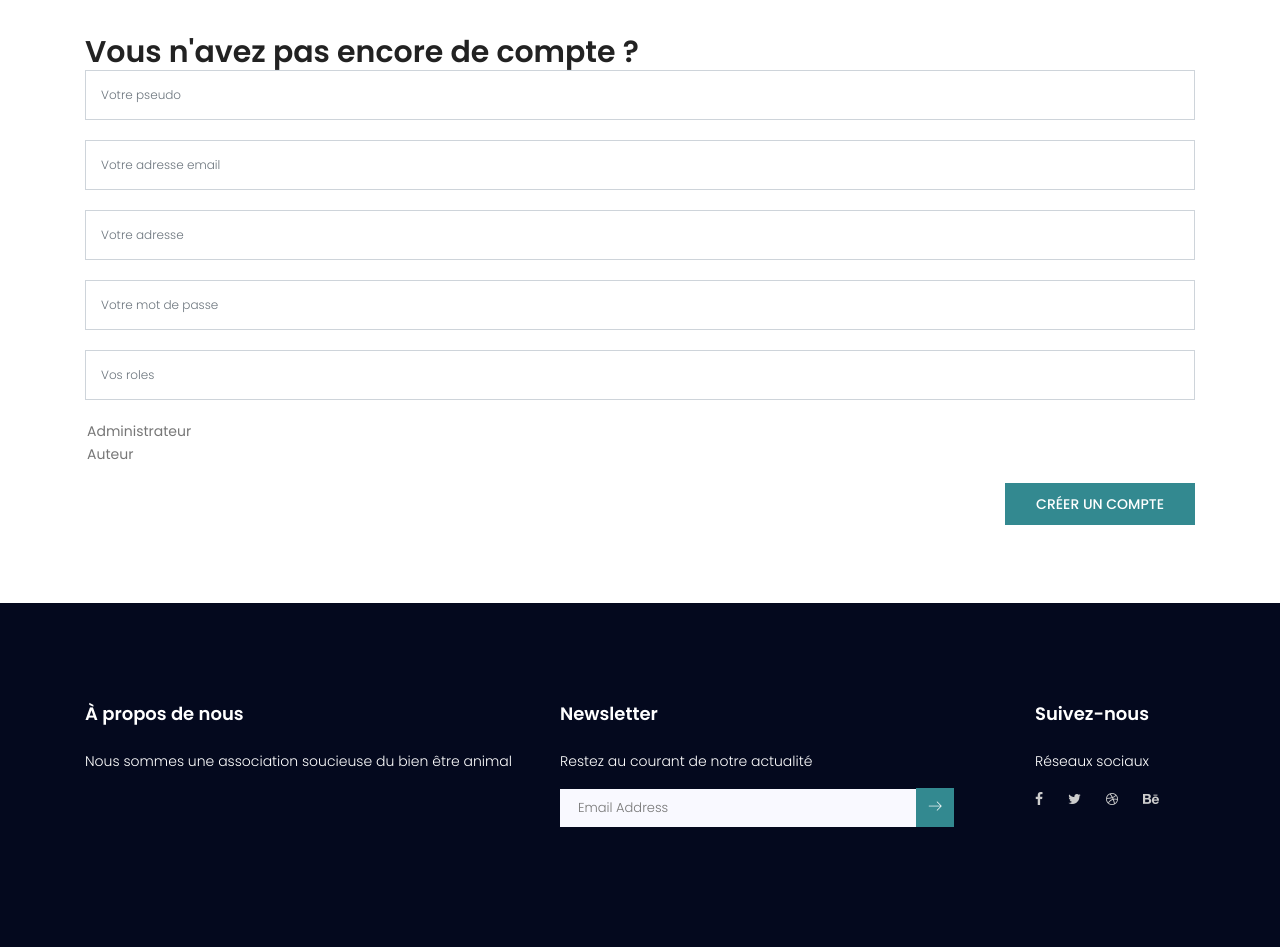
Repository: Nononolan45/CAT-FRONT
Page: connexion.html
These files come from the project's save history. The page is drawn as it stood at one moment and after the next save; the edit follows.
The browser window is 1280 px wide. The pictures show the part of the page from y = 838 to 1790 px (the page is 1785 px tall before and 1790 px after).
Some web libraries are served in a nearby version.

Above is the page before, as saved 2021-07-02 09:36:13.
Console error: ReferenceError: URI is not defined

After the next save:
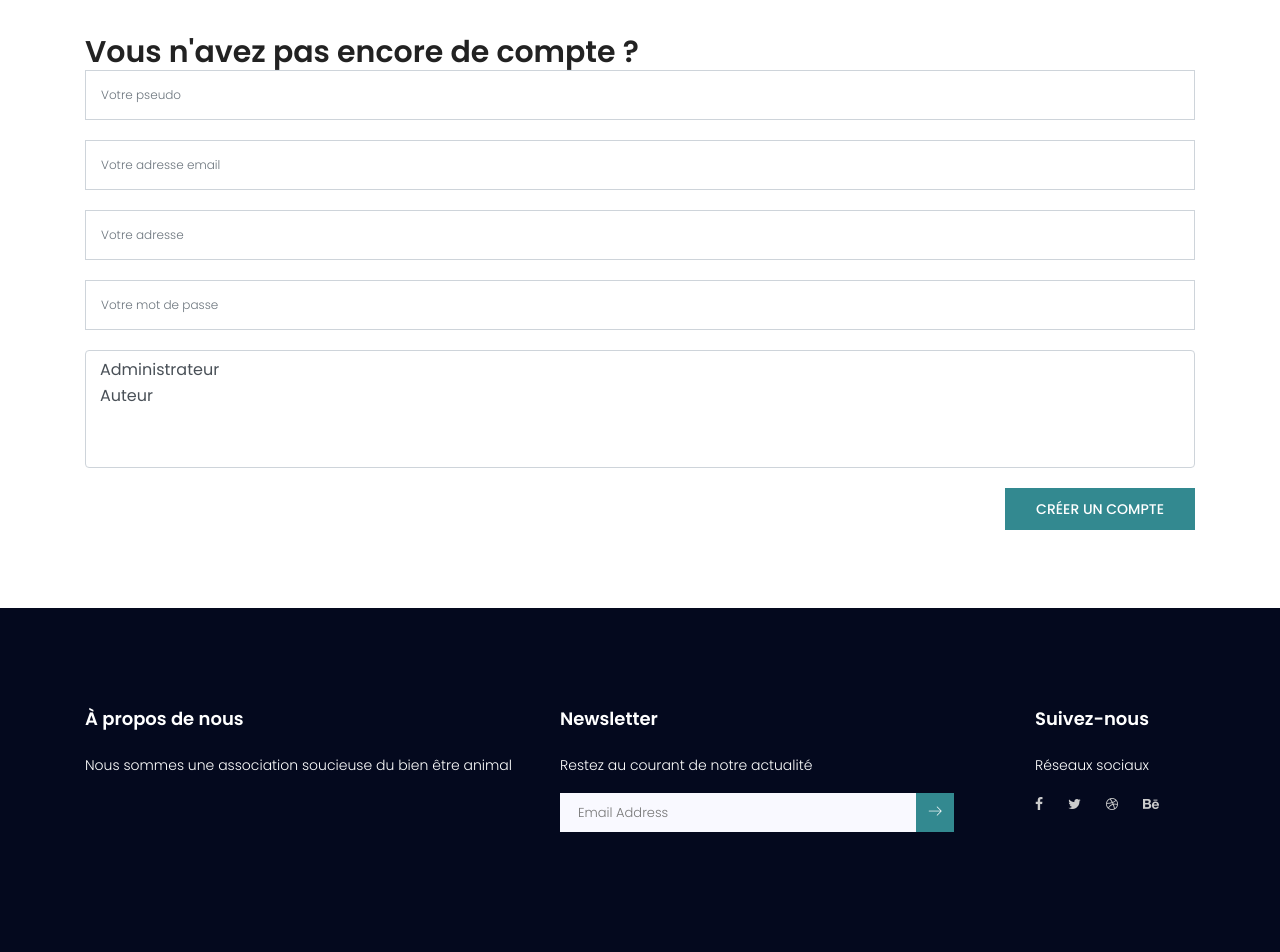
Saved 17 s later.
--- a/connexion.html
+++ b/connexion.html
@@ -99,10 +99,10 @@
                             <input name="email" placeholder="Votre adresse email" pattern="[A-Za-z0-9._%+-]+@[A-Za-z0-9.-]+\.[A-Za-z]{1,63}$" onfocus="this.placeholder = ''" onblur="this.placeholder = 'Votre adresse email'" class="common-input mb-20 form-control" required type="email">
                             <input name="adresse" placeholder="Votre adresse"  onfocus="this.placeholder = ''" onblur="this.placeholder = 'Votre adresse'" class="common-input mb-20 form-control"  type="text">
                             <input name="password" placeholder="Votre mot de passe" onfocus="this.placeholder = ''" onblur="this.placeholder = 'Votre mot de passe'" class="common-input mb-20 form-control" required type="password">
-                            <input type="select" name="role" multiple placeholder="Vos roles" onfocus="this.placeholder = ''" onblur="this.placeholder = 'Votre mot de passe'" class="common-input mb-20 form-control">
+                            <select name="role" multiple placeholder="Vos roles" onfocus="this.placeholder = ''" onblur="this.placeholder = 'Votre mot de passe'" class="common-input mb-20 form-control">
                             <option valeur="admin">Administrateur</option>
                             <option valeur="editeur">Auteur</option>
-                        </input>
+                            </select>
                          </div>
 
                         <div id="alerte" class="alert-msg" style="text-align: left;"></div>
